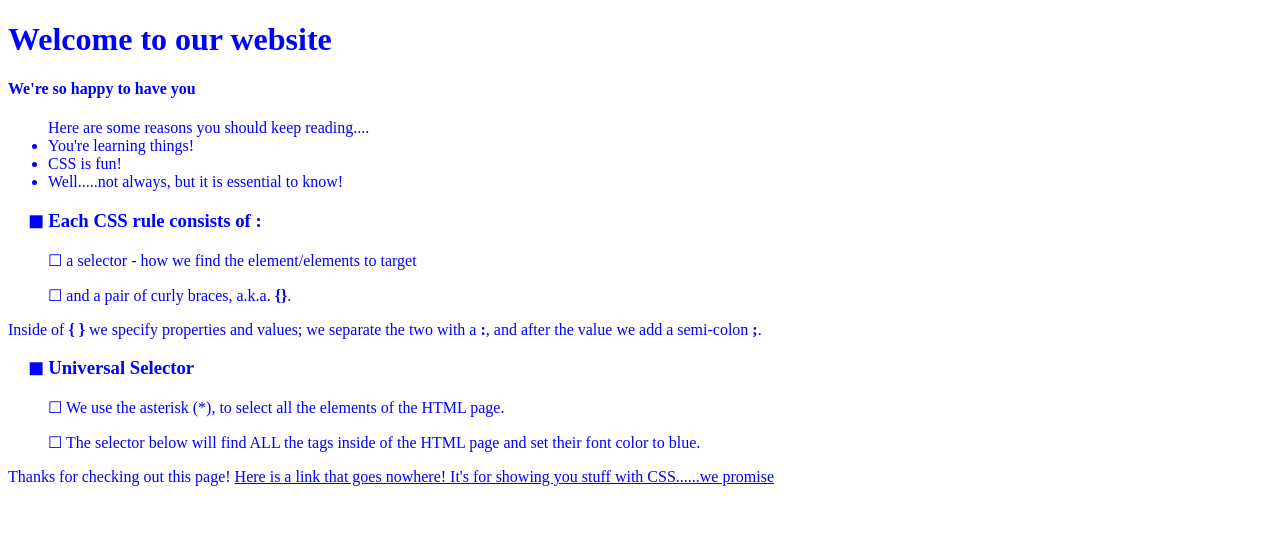
Repository: AnnaSpirit/Tests__
Page: CSS/Useful_Selectors.html
These files come from the project's save history. The page is drawn as it stood at one moment and after a run of saves; the edit follows.
The browser window is 1280 px wide. The pictures show the whole page.

Above is the page before, as saved 2024-04-01 12:24:26.

After the next 2 saves:
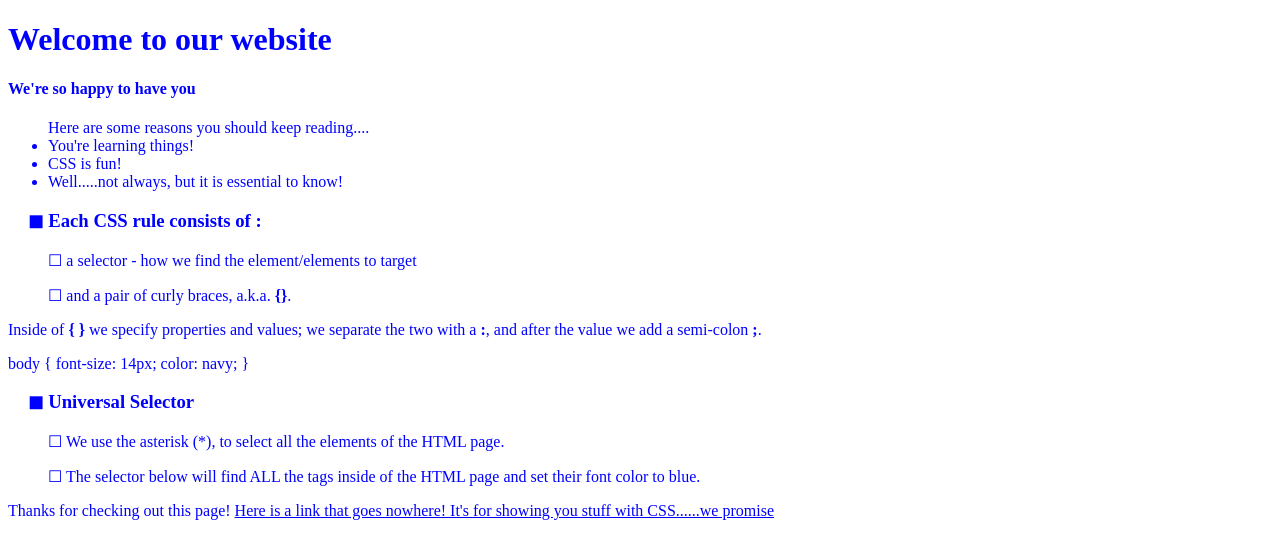
The 2 saves are shown as one change because they came seconds apart.
The last was saved 110 s later.
--- a/CSS/Useful_Selectors.html
+++ b/CSS/Useful_Selectors.html
@@ -23,6 +23,11 @@
             <p style="padding-left: 40px;"> &#9744; a selector - how we find the element/elements to target</p>
             <p style="padding-left: 40px;"> &#9744; and a pair of curly braces, a.k.a. <b>{}</b>.</p>
             <p>Inside of <b>{ }</b> we specify properties and values; we separate the two with a <b>:</b>, and after the value we add a semi-colon <b>;</b>.</p>
+            <span class="hljs-selector-tag">body</span> {
+            <span class="hljs-attribute">font-size</span>: <span class="hljs-number">14px</span>;
+            <span class="hljs-attribute">color</span>: navy;
+            }
+
         </h3>
         <h3 style="padding-left: 20px;"> &#9724; Universal Selector</h3>
         <p style="padding-left: 40px;">&#9744; We use the asterisk (*), to select all the elements of the HTML page. </p>
